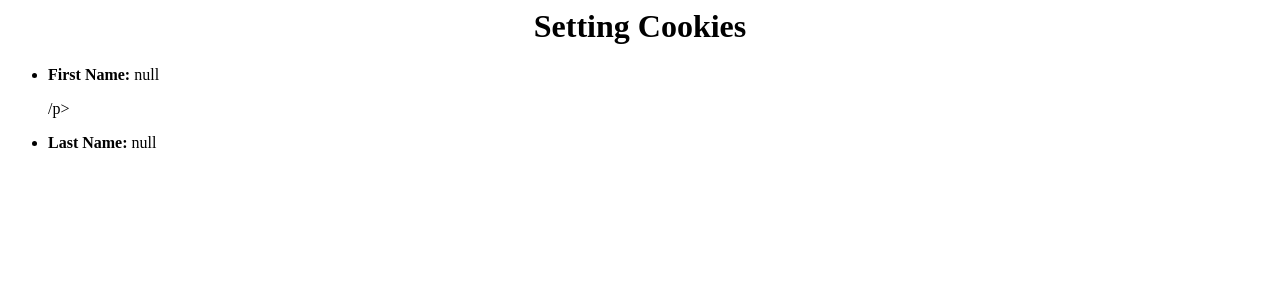
Repository: msibgathulla9980/JSP
Page: http://localhost/HelloWorldJSP/Main.jsp
An editor plug-in stored every save of this project. The page is shown before and after the next save, followed by the edit.
The browser window is 1280 px wide. The pictures show the whole page.
The page is served by Tomcat 9.

Above is the page before, as saved 2019-01-28 11:54:36.

### HelloWorldJSP/WebContent/Main.jsp

<%
//Creating the cookies for first and last name
Cookie firstName=new Cookie("firstName",request.getParameter("first_name"));
Cookie lastName=new Cookie("lastName",request.getParameter("last_name"));

//Setting expiry date after 24 Hrs for both the cookies.
firstName.setMaxAge(60*60*24);
lastName.setMaxAge(60*60*24);

//Adding both the cookies into the response header

response.addCookie( firstName );
response.addCookie( lastName );
%>
<html>
<head>
<title>Setting Cookies</title>
</head>

<body>
	<center>
		<h1>Setting Cookies</h1>
	</center>
	<ul>
		<li>
			<p>
				<b> First Name:</b>
				<%= request.getParameter("first_name")%>
			</p>
		</li> /p>
		</li>
		<li><p>
				<b>Last Name:</b>
				<%= request.getParameter("last_name")%>
			</p></li>
	</ul>

</body>
</html>

After the next save:
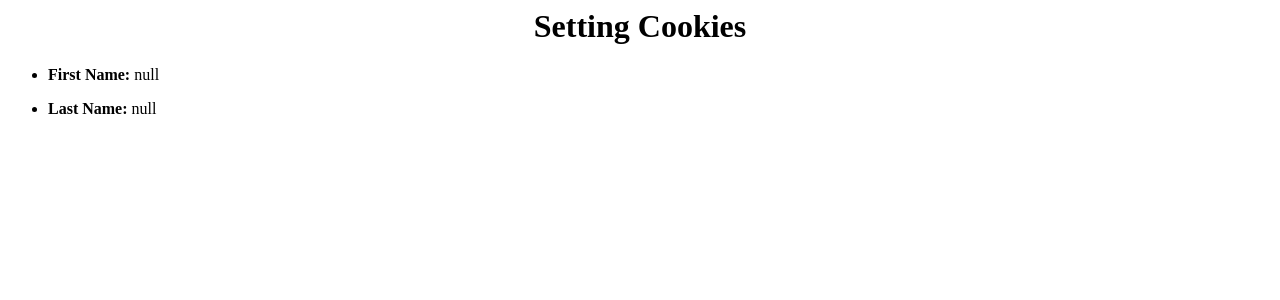
Saved 28 s later.
--- a/HelloWorldJSP/WebContent/Main.jsp
+++ b/HelloWorldJSP/WebContent/Main.jsp
@@ -28,7 +28,7 @@ response.addCookie( lastName );
 				<b> First Name:</b>
 				<%= request.getParameter("first_name")%>
 			</p>
-		</li> /p>
+		</li> </p>
 		</li>
 		<li><p>
 				<b>Last Name:</b>
